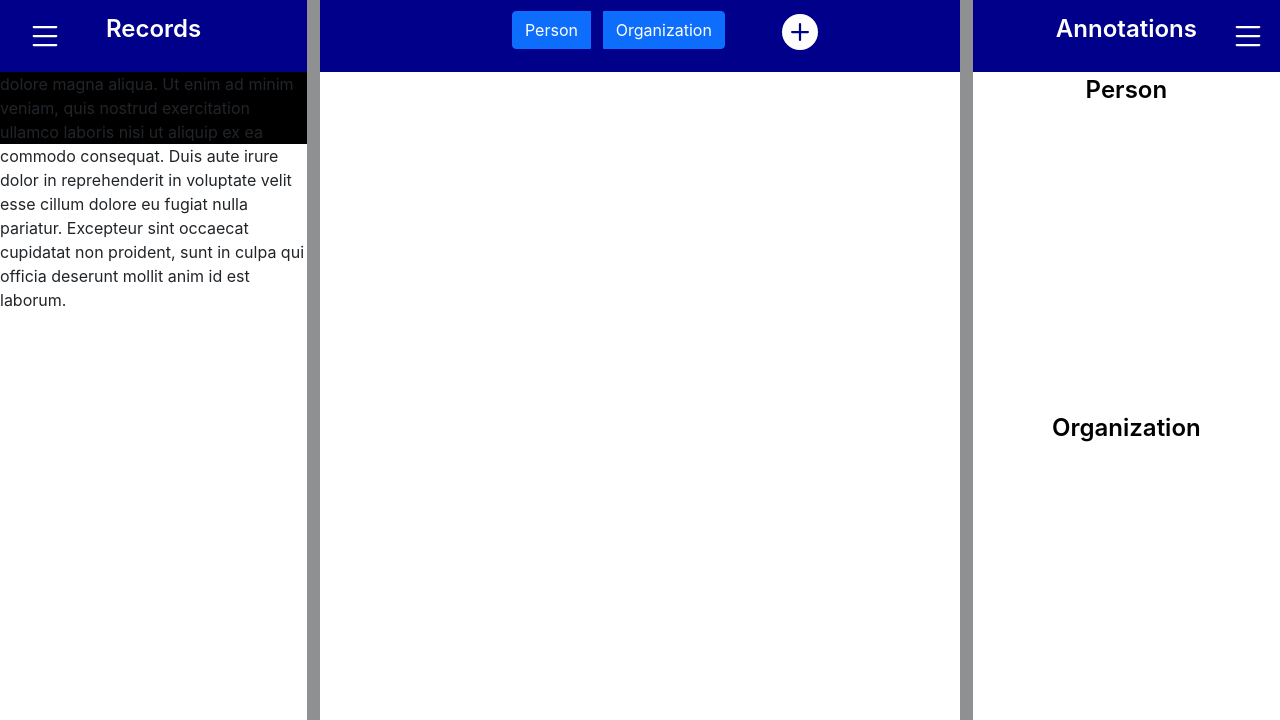
Repository: napan24/classforma_assignment
Page: / (app in client/)
These files come from the project's save history. The page is drawn as it stood at one moment and after the next save; the edit follows.
The browser window is 1280 px wide. The pictures show the whole page.
The project was rebuilt for these pictures with package versions that can differ from the ones it lists, and the page was loaded fresh each time. Also part of the build but not shown: client/src/App.css.

Above is the page before, as saved 2022-07-20 18:46:25.

### client/public/index.html
<!DOCTYPE html>
<html lang="en">
  <head>
    <meta charset="utf-8" />
    <link rel="icon" href="%PUBLIC_URL%/favicon.ico" />
    <meta name="viewport" content="width=device-width, initial-scale=1" />
    <meta name="theme-color" content="#000000" />
    <meta
      name="description"
      content="Web site created using create-react-app"
    />
    <link href="https://cdn.jsdelivr.net/npm/bootstrap@5.1.3/dist/css/bootstrap.min.css" rel="stylesheet" integrity="sha384-1BmE4kWBq78iYhFldvKuhfTAU6auU8tT94WrHftjDbrCEXSU1oBoqyl2QvZ6jIW3" crossorigin="anonymous">
    <link rel="apple-touch-icon" href="%PUBLIC_URL%/logo192.png" />
    <!--
      manifest.json provides metadata used when your web app is installed on a
      user's mobile device or desktop. See https://developers.google.com/web/fundamentals/web-app-manifest/
    -->
    <link rel="manifest" href="%PUBLIC_URL%/manifest.json" />
    <!--
      Notice the use of %PUBLIC_URL% in the tags above.
      It will be replaced with the URL of the `public` folder during the build.
      Only files inside the `public` folder can be referenced from the HTML.

      Unlike "/favicon.ico" or "favicon.ico", "%PUBLIC_URL%/favicon.ico" will
      work correctly both with client-side routing and a non-root public URL.
      Learn how to configure a non-root public URL by running `npm run build`.
    -->
    <title>React App</title>
  </head>
  <body>
    <noscript>You need to enable JavaScript to run this app.</noscript>
    <div id="root"></div>
    <!--
      This HTML file is a template.
      If you open it directly in the browser, you will see an empty page.

      You can add webfonts, meta tags, or analytics to this file.
      The build step will place the bundled scripts into the <body> tag.

      To begin the development, run `npm start` or `yarn start`.
      To create a production bundle, use `npm run build` or `yarn build`.
    -->
    <script src="https://cdn.jsdelivr.net/npm/bootstrap@5.1.3/dist/js/bootstrap.bundle.min.js" integrity="sha384-ka7Sk0Gln4gmtz2MlQnikT1wXgYsOg+OMhuP+IlRH9sENBO0LRn5q+8nbTov4+1p" crossorigin="anonymous"></script>
  </body>
</html>

### client/src/App.js
import logo from './logo.svg';
import './App.css';
import Home from './Home';

function App() {
  return (
    <>
      <Home></Home>
    </>
  );
}

export default App;

### client/src/Home.js
'strict origin'
import React, { useState, useEffect } from 'react'
const Home = () => {
    const [textField, setTextField] = useState();
    const [person, setPerson] = useState();
    const [place, setPlace] = useState();
    const [personName, setPersonName] = useState(['']);
    const [placeName, setPlaceName] = useState(['']);
    const [data, setData] = useState("");
    const [leftClose, setLeftClose] = useState(false);
    const [rightClose, setRightClose] = useState(false);
    useEffect(() => {
        if (textField) {
            trending();
        }
    }, [textField])
    const trending = async () => {
        const res = await fetch("/", {
            method: 'POST',
            headers: {
                "Content-Type": "application/json"
            },
            body: JSON.stringify({ textField })
        });
        const result = await res.json();
        console.log(result);
        setPerson(result.filter((arr) => arr.type == 'Person'));
        setPlace(result.filter((arr) => arr.type[0] == 'Place' || arr.type[0] == 'PopulatedPlace' || arr.type[0] == 'Settlement' || arr.type[0] == 'City'));
    };
    useEffect(() => {
        setPersonName(['']);
        if (person) {
            person.forEach(function (arrayItem) {
                setPersonName(curr => [...curr, arrayItem.entityId]);
            });
        }
    }, [person])
    useEffect(() => {
        setPlaceName(['']);
        if (place) {
            console.log(place);
            place.forEach(function (arrayItem) {
                setPlaceName(curr => [...curr, arrayItem.entityId]);
            });
        }
    }, [place])
    const showFile = async (e) => {
        e.preventDefault()
        const reader = new FileReader()
        reader.onload = async (e) => {
            const text = (e.target.result)
            setTextField(text);
        };
        reader.readAsText(e.target.files[0])
    }
    function replace() {
        setTextField(textField.replace(data, ''));
        showAlert("alert")
    }
    function showAlert(id) {
        if (document.getElementById(id).style.display == "inline-block") {
            document.getElementById(id).style.display = "none";
        }
        else {
            document.getElementById(id).style.display = "inline-block";
        }
    }
    function CloseClick(e) {
        setData(e.currentTarget.parentElement.querySelector('.userName').innerText);
        showAlert("alert");
    }
    function showLeftComponent() {
        if (document.getElementById('left_component').style.display == "inline") {
            document.getElementById('left_component').style.display = "none";
            document.getElementById('left_open').style.display = "inline";
        }
        else {
            document.getElementById('left_component').style.display = "inline";
            document.getElementById('left_open').style.display = "none";
        }
        setLeftClose(!leftClose);
    }
    function showRightComponent() {
        if (document.getElementById('right_component').style.display == "inline") {
            document.getElementById('right_component').style.display = "none";
            document.getElementById('right_open').style.display = "inline";
        }
        else {
            document.getElementById('right_component').style.display = "inline";
            document.getElementById('right_open').style.display = "none";
        }
        setRightClose(!rightClose);
    }
    return (
        <>
            <div id="alert" style={{ display: "none", height: "35vh", width: "35vw", backgroundColor: "white", position: "absolute", zIndex: '2', left: "35%", top: "25%", border: "2px solid red" }}>
                <button onClick={() => { showAlert("alert") }} type="button" class="btn btn-primary" style={{ marginRight: "1vw", position: "absolute", bottom: "10%", left: "15%", padding: "2vh" }}>Cancel</button>
                <button onClick={(e) => { replace(e) }} style={{ marginRight: "1vw", position: "absolute", bottom: "10%", left: "65%", padding: "2vh" }} type="button" class="btn btn-primary">Delete</button>
            </div>
            <div style={{ display: 'flex', width: "100vw", height: "100vh", backgroundColor: "#8f9091", overflow: "hidden" }}>
                <div id="left_component" style={{ display: 'inline', width: "24vw", height: "100vh", backgroundColor: "white", marginRight: "1vw" }}>
                    <div style={{ width: "24vw", height: "10vh", backgroundColor: "#00008b", textAlign: 'center', fontSize: '150%', color: "white", fontWeight: "600", position: "fixed" }}>
                        <p style={{ marginTop: "1.5vh" }}>
                            Records
                        </p>
                    </div>
                    <svg onClick={() => { showLeftComponent() }} style={{ width: "5vw", height: "5vh", position: 'absolute', left: "1vw", top: "2.5vh", color: 'white' }} xmlns="http://www.w3.org/2000/svg" fill="currentColor" class="bi bi-list" viewBox="0 0 16 16">
                        <path fill-rule="evenodd" d="M2.5 12a.5.5 0 0 1 .5-.5h10a.5.5 0 0 1 0 1H3a.5.5 0 0 1-.5-.5zm0-4a.5.5 0 0 1 .5-.5h10a.5.5 0 0 1 0 1H3a.5.5 0 0 1-.5-.5zm0-4a.5.5 0 0 1 .5-.5h10a.5.5 0 0 1 0 1H3a.5.5 0 0 1-.5-.5z" />
                    </svg>
                    <div style={{ width: "24vw", height: "20vh", backgroundColor: "black" }}>
                        <span>
                            1
                        </span>
                        <span style={{height:"20vh",width:"24vw",overflowX:"scroll"}}>
                            Lorem ipsum dolor sit amet, consectetur adipiscing elit, sed do eiusmod tempor incididunt ut labore et dolore magna aliqua. Ut enim ad minim veniam, quis nostrud exercitation ullamco laboris nisi ut aliquip ex ea commodo consequat. Duis aute irure dolor in reprehenderit in voluptate velit esse cillum dolore eu fugiat nulla pariatur. Excepteur sint occaecat cupidatat non proident, sunt in culpa qui officia deserunt mollit anim id est laborum.
                        </span>
                    </div>
                </div>
                <div style={{ width: leftClose && rightClose ? "100vw" : rightClose ? "75vw" : leftClose ? "75vw" : "50vw", height: "100vh", backgroundColor: "white", marginRight: "1vw", overflowY: "unset" }}>
                    <div style={{ width: leftClose && rightClose ? "100vw" : rightClose ? "75vw" : leftClose ? "75vw" : "50vw", height: "10vh", backgroundColor: "#00008b", position: 'relative', overflowY: 'hidden' }}>
                        <svg id="left_open" onClick={() => { showLeftComponent() }} style={{ display: "none", width: "5vw", height: "5vh", position: 'absolute', left: "1vw", top: "2.5vh", color: 'white' }} xmlns="http://www.w3.org/2000/svg" fill="currentColor" class="bi bi-list" viewBox="0 0 16 16">
                            <path fill-rule="evenodd" d="M2.5 12a.5.5 0 0 1 .5-.5h10a.5.5 0 0 1 0 1H3a.5.5 0 0 1-.5-.5zm0-4a.5.5 0 0 1 .5-.5h10a.5.5 0 0 1 0 1H3a.5.5 0 0 1-.5-.5zm0-4a.5.5 0 0 1 .5-.5h10a.5.5 0 0 1 0 1H3a.5.5 0 0 1-.5-.5z" />
                        </svg>
                        <div class="btn-group" style={{ marginTop: "1.5vh", marginLeft: "15vw" }}>
                            <button type="button" class="btn btn-primary" style={{ marginRight: "1vw" }}>Person</button>
                            <button type="button" class="btn btn-primary">Organization</button>
                        </div>
                        <label for="file">
                            <svg style={{ width: "20%", height: "50%", position: "absolute", right: "15%", top: "2vh", color: "white" }} xmlns="http://www.w3.org/2000/svg" fill="currentColor" class="bi bi-plus-circle-fill" viewBox="0 0 16 16">
                                <path d="M16 8A8 8 0 1 1 0 8a8 8 0 0 1 16 0zM8.5 4.5a.5.5 0 0 0-1 0v3h-3a.5.5 0 0 0 0 1h3v3a.5.5 0 0 0 1 0v-3h3a.5.5 0 0 0 0-1h-3v-3z" />
                            </svg>
                        </label>
                        <input type="file" id="file" onChange={(e) => showFile(e)} style={{ display: "none" }} />
                        <svg id="right_open" onClick={() => { showRightComponent() }} style={{ display: "none", width: "5vw", height: "5vh", position: 'absolute', right: "1vw", top: "2.5vh", color: 'white' }} xmlns="http://www.w3.org/2000/svg" fill="currentColor" class="bi bi-list" viewBox="0 0 16 16">
                            <path fill-rule="evenodd" d="M2.5 12a.5.5 0 0 1 .5-.5h10a.5.5 0 0 1 0 1H3a.5.5 0 0 1-.5-.5zm0-4a.5.5 0 0 1 .5-.5h10a.5.5 0 0 1 0 1H3a.5.5 0 0 1-.5-.5zm0-4a.5.5 0 0 1 .5-.5h10a.5.5 0 0 1 0 1H3a.5.5 0 0 1-.5-.5z" />
                        </svg>
                    </div>
                    <div style={{ width: leftClose && rightClose ? "98vw" : rightClose ? "73vw" : leftClose ? "73vw" : "48vw", height: "85vh", marginLeft: "2vw", marginTop: "5vh", overflowY: "scroll" }}>
                        {textField}
                    </div>
                </div>
                <div id="right_component" style={{ display: 'inline', width: "24vw", height: "100vh", backgroundColor: "white" }}>
                    <div style={{ width: "24vw", height: "10vh", backgroundColor: "#00008b", textAlign: 'center', fontSize: '150%', color: "white", fontWeight: "600", position: 'relative' }}>
                        <p style={{ paddingTop: "1.5vh" }}>
                            Annotations
                        </p>
                        <svg onClick={() => { showRightComponent() }} style={{ width: "5vw", height: "5vh", position: 'absolute', right: "0vw", top: "2.5vh", color: 'white' }} xmlns="http://www.w3.org/2000/svg" fill="currentColor" class="bi bi-list" viewBox="0 0 16 16">
                            <path fill-rule="evenodd" d="M2.5 12a.5.5 0 0 1 .5-.5h10a.5.5 0 0 1 0 1H3a.5.5 0 0 1-.5-.5zm0-4a.5.5 0 0 1 .5-.5h10a.5.5 0 0 1 0 1H3a.5.5 0 0 1-.5-.5zm0-4a.5.5 0 0 1 .5-.5h10a.5.5 0 0 1 0 1H3a.5.5 0 0 1-.5-.5z" />
                        </svg>
                    </div>
                    <div style={{ width: "24vw", height: "5vh", backgroundColor: "white", textAlign: 'center', fontSize: '150%', color: "black", fontWeight: "600", marginBottom: "2vh" }}>
                        <p>
                            Person
                        </p>
                    </div>
                    <div style={{ maxWidth: "24vw", height: "40vh", backgroundColor: "white", textAlign: 'center', fontSize: '150%', color: "black", fontWeight: "600", zIndex: "2", overflowY: "scroll", overflowX: "hidden" }}>
                        {personName && personName.map((user) => (
                            user.length > 0 && <div style={{ width: "24vw", color: "black", height: "3vh", fontSize: "2vh", position: 'relative', borderBottom: '1px solid black' }}>
                                <span className='userName' style={{ width: "12vw" }}>
                                    {user}
                                </span>
                                <svg onClick={(e) => { CloseClick(e) }} style={{ width: "3.5vw", height: "3.5vh", position: 'absolute', right: "0vw", top: "0vh" }} xmlns="http://www.w3.org/2000/svg" fill="currentColor" class="bi bi-x" viewBox="0 0 16 16">
                                    <path d="M4.646 4.646a.5.5 0 0 1 .708 0L8 7.293l2.646-2.647a.5.5 0 0 1 .708.708L8.707 8l2.647 2.646a.5.5 0 0 1-.708.708L8 8.707l-2.646 2.647a.5.5 0 0 1-.708-.708L7.293 8 4.646 5.354a.5.5 0 0 1 0-.708z" />
                                </svg>
                            </div>
                        ))}
                    </div>
                    <div style={{ width: "24vw", height: "5vh", backgroundColor: "white", textAlign: 'center', fontSize: '150%', color: "black", fontWeight: "600", marginBottom: "2vh" }}>
                        <p>
                            Organization
                        </p>
                    </div>
                    <div style={{ width: "24vw", height: "40vh", backgroundColor: "white", textAlign: 'center', fontSize: '150%', color: "black", fontWeight: "600", overflowY: "scroll" }}>
                        {placeName && placeName.map((user) => (
                            user.length > 0 && <div style={{ width: "24vw", color: "black", height: "3vh", fontSize: "2vh", position: 'relative', borderBottom: '1px solid black' }}>
                                <span className='userName' style={{ width: "12vw" }}>
                                    {user}
                                </span>
                                <svg onClick={(e) => { CloseClick(e) }} style={{ width: "3.5vw", height: "3.5vh", position: 'absolute', right: "0vw", top: "0vh" }} xmlns="http://www.w3.org/2000/svg" fill="currentColor" class="bi bi-x" viewBox="0 0 16 16">
                                    <path d="M4.646 4.646a.5.5 0 0 1 .708 0L8 7.293l2.646-2.647a.5.5 0 0 1 .708.708L8.707 8l2.647 2.646a.5.5 0 0 1-.708.708L8 8.707l-2.646 2.647a.5.5 0 0 1-.708-.708L7.293 8 4.646 5.354a.5.5 0 0 1 0-.708z" />
                                </svg>
                            </div>
                        ))}
                    </div>
                </div>
            </div>
        </>
    )
}

export default Home

Loaded but not shown: client/src/index.js (common file); client/src/index.css (common file); client/src/reportWebVitals.js (common file)

After the next save:
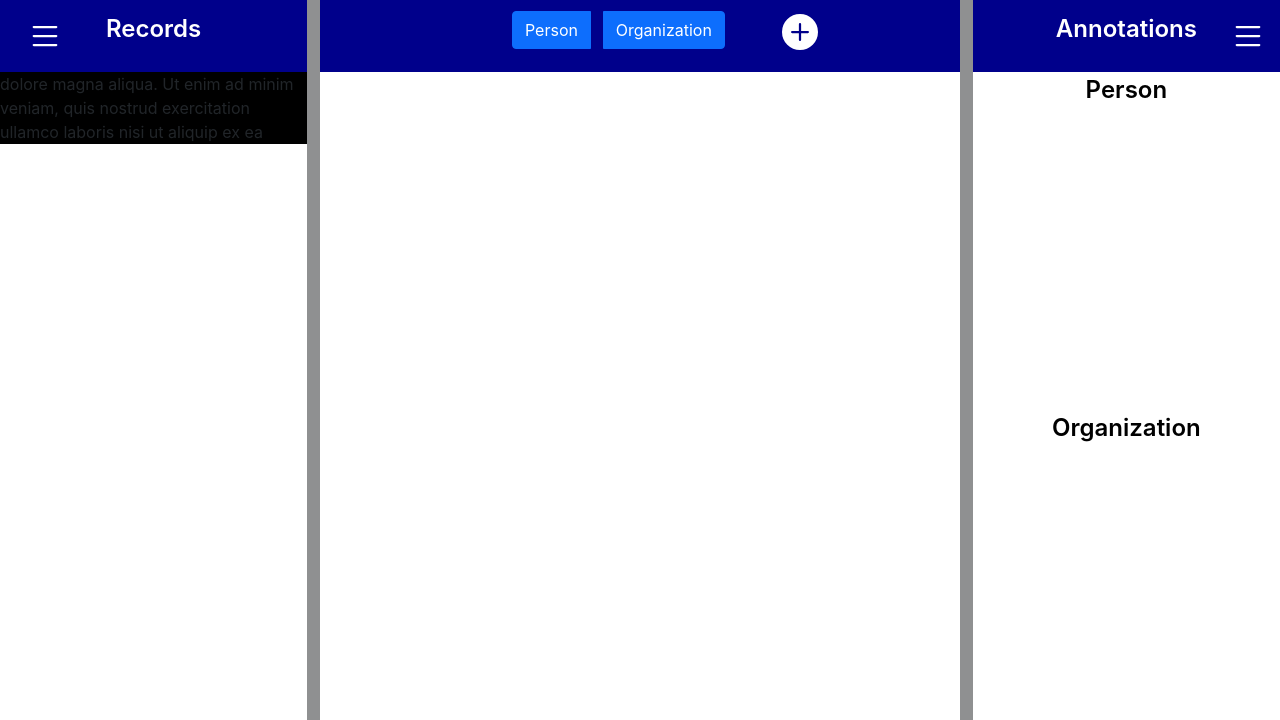
Saved 12 s later.
--- a/client/src/Home.js
+++ b/client/src/Home.js
@@ -107,11 +107,11 @@ const Home = () => {
                     <svg onClick={() => { showLeftComponent() }} style={{ width: "5vw", height: "5vh", position: 'absolute', left: "1vw", top: "2.5vh", color: 'white' }} xmlns="http://www.w3.org/2000/svg" fill="currentColor" class="bi bi-list" viewBox="0 0 16 16">
                         <path fill-rule="evenodd" d="M2.5 12a.5.5 0 0 1 .5-.5h10a.5.5 0 0 1 0 1H3a.5.5 0 0 1-.5-.5zm0-4a.5.5 0 0 1 .5-.5h10a.5.5 0 0 1 0 1H3a.5.5 0 0 1-.5-.5zm0-4a.5.5 0 0 1 .5-.5h10a.5.5 0 0 1 0 1H3a.5.5 0 0 1-.5-.5z" />
                     </svg>
-                    <div style={{ width: "24vw", height: "20vh", backgroundColor: "black" }}>
+                    <div style={{ width: "24vw", height: "20vh", backgroundColor: "black",overflowX:"scroll" }}>
                         <span>
                             1
                         </span>
-                        <span style={{height:"20vh",width:"24vw",overflowX:"scroll"}}>
+                        <span style={{height:"20vh",width:"24vw"}}>
                             Lorem ipsum dolor sit amet, consectetur adipiscing elit, sed do eiusmod tempor incididunt ut labore et dolore magna aliqua. Ut enim ad minim veniam, quis nostrud exercitation ullamco laboris nisi ut aliquip ex ea commodo consequat. Duis aute irure dolor in reprehenderit in voluptate velit esse cillum dolore eu fugiat nulla pariatur. Excepteur sint occaecat cupidatat non proident, sunt in culpa qui officia deserunt mollit anim id est laborum.
                         </span>
                     </div>
